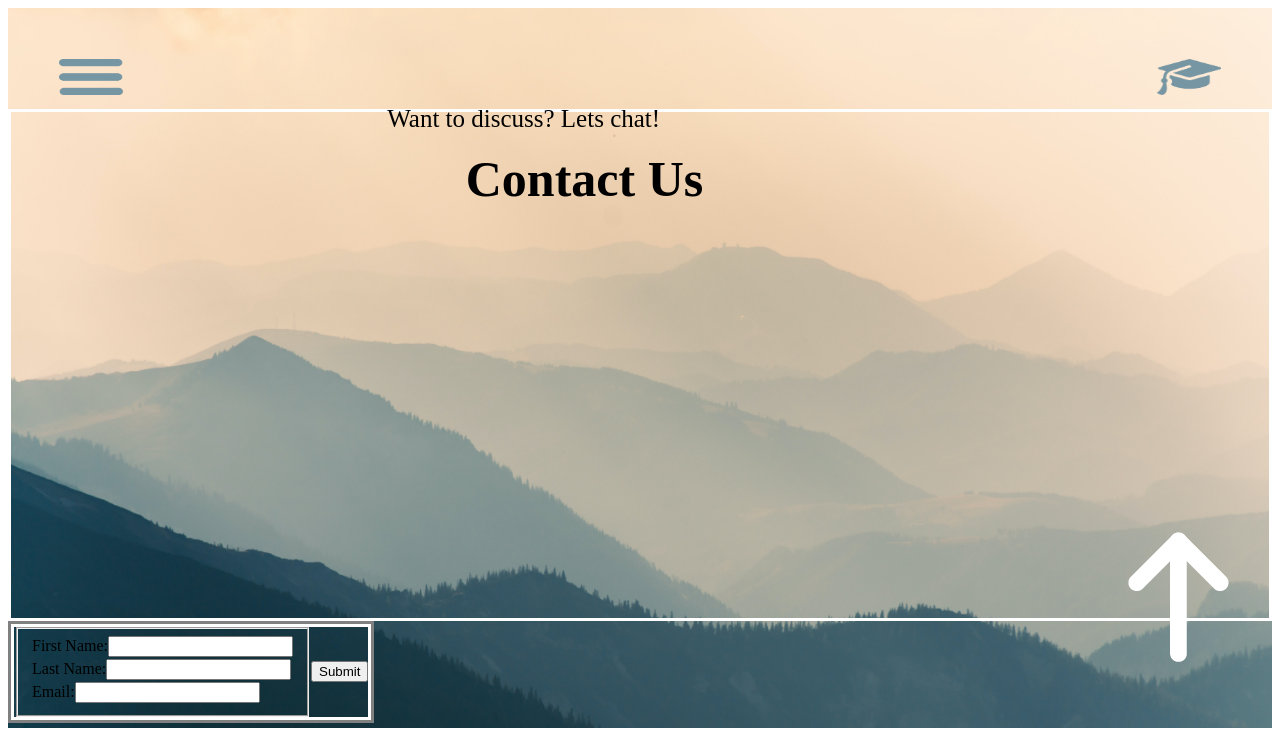
Repository: sierralaurent/MDIA2109-Assignment01
Page: /contact
The author's editor kept a copy of each file at every save. The page is drawn from the files as they stood at one save, then again after the next save.
The browser window is 1280 px wide. The pictures show the whole page.
The project was rebuilt for these pictures with package versions that can differ from the ones it lists, and the page was loaded fresh each time. The framework's server and built-in components were replaced by stand-ins that run in the browser. Also part of the build but not shown: next.config.js.

Above is the page before, as saved 2023-02-05 09:39:34.

After the next save:
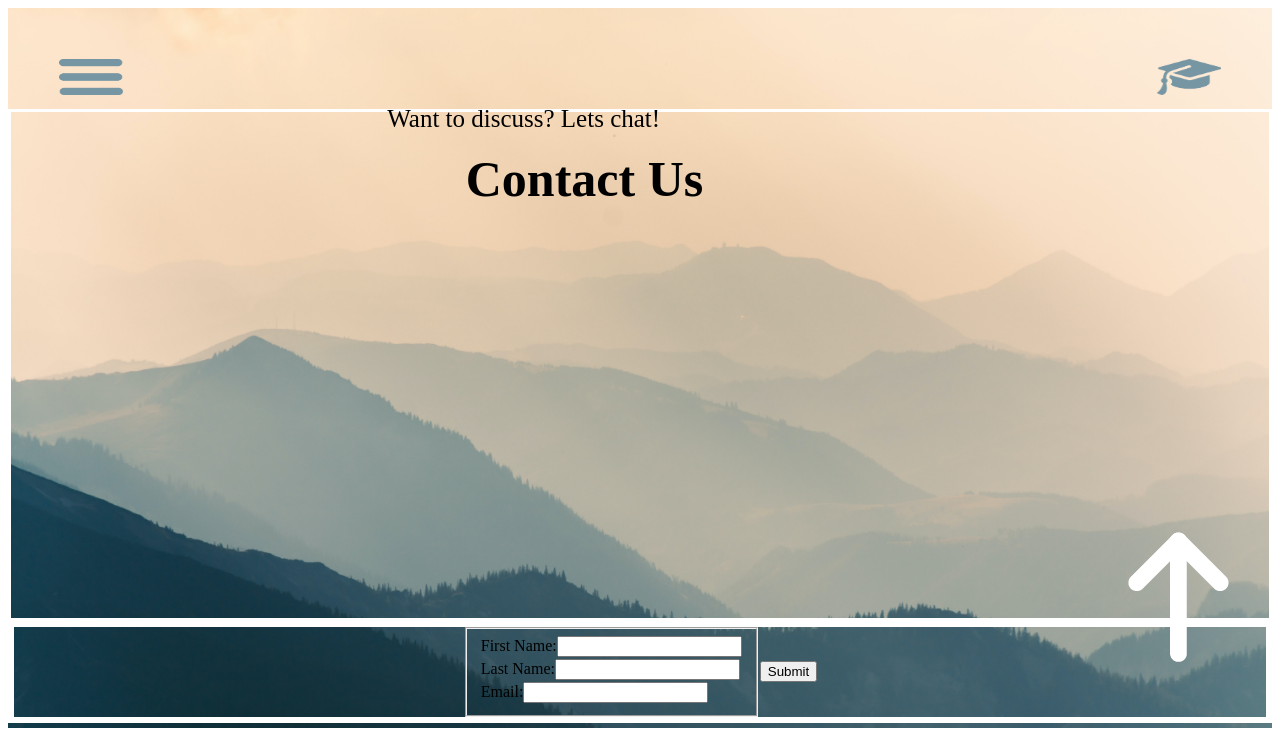
Saved 17 s later.
--- a/styles/Home.module.css
+++ b/styles/Home.module.css
@@ -73,8 +73,9 @@
 }
 
 .middle2 {
-  border: 3px solid gray;
-  position: absolute;
+  justify-content: center;
+  align-items: center;
+  border: 3px solid white;
 
 }
 
